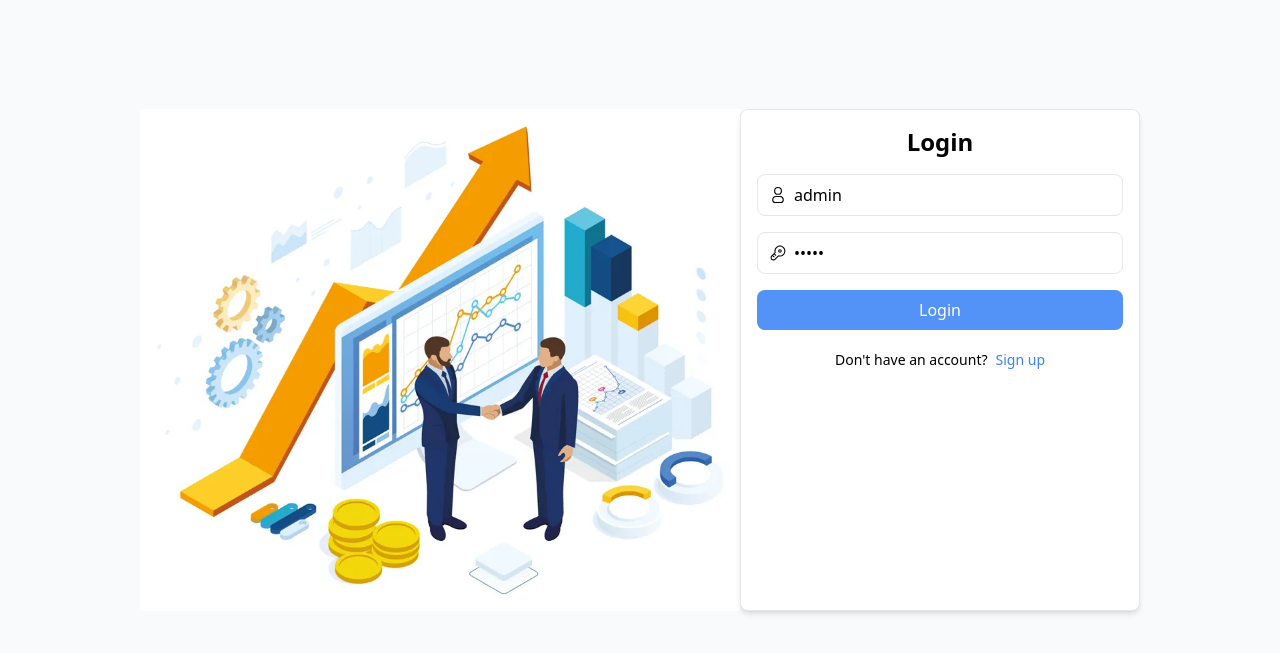
Repository: Fortivera/yourestate
Page: /
These files come from the project's save history. The page is drawn as it stood at one moment and after the next save; the edit follows.
The browser window is 1280 px wide. The pictures show the whole page.
The project was rebuilt for these pictures with package versions that can differ from the ones it lists, and the page was loaded fresh each time. The framework's server and built-in components were replaced by stand-ins that run in the browser. Also part of the build but not shown: next.config.js.

Above is the page before, as saved 2023-11-02 14:38:48.

### src/app/layout.tsx
import './globals.css'



export const metadata = {
  title: 'Home',
  description: "great explanation of something",
}

export default function RootLayout({ children }: { children: React.ReactNode }) {
  return (
    <html lang="en">
      <body>
        {children}
      </body>
    </html>
  );
}

### src/app/page.tsx
import Link from "next/link"
import Image from "next/image"
import SvgNewUser from "public/static/SvgNewUser"
import SvgPassword from "public/static/SvgPassword"

export default function Login() {
  return (
    <div className="min-h-screen bg-gray-50 flex items-center justify-center">
      <div className="flex justify-center items-center w-full px-4 py-10 tablet:w-[540px] ">
        <div className="flex laptop:flex-row tablet:flex-col mobile:flex-col">
          <figure className="w-[600px]  ">
            <Image src="/static/growth.jpg" alt="login page picture" layout="responsive" width={500} height={700} className={""} />
          </figure>
          <div className="w-[400px] px-4 pb-8 pt-4 bg-white border rounded-lg shadow-md">
            <h1 className="text-2xl font-semibold text-center mb-4">Login</h1>

            <div className="mt-4 mb-4 relative">
              <label className="text-sm" htmlFor="Name">
                <SvgNewUser width={18} height={18} className={"absolute left-3 top-3"} />
              </label>
              <input defaultValue="admin" id="Name" type="text" name="Name" placeholder="Username" autoComplete="given-name" required className="block w-full border rounded-lg py-2 pl-9 mt-1 focus:ring focus:ring-blue-300" />
            </div>

            <div className="mb-4 relative">
              <label className="text-sm" htmlFor="Password">
                <SvgPassword width={18} height={18} className={"absolute left-3 top-3"} />
              </label>
              <input defaultValue="admin" id="Password" type="password" name="Password" placeholder="Password" required className="block w-full border rounded-lg py-2 pl-9 mt-1 focus:ring focus:ring-blue-300" />
            </div>

            <button type="button" aria-label="Sign-in button" className="bg-[#5392f7] text-white rounded-lg w-full py-2 mb-4 hover:bg-[#3b83f6]">
              <Link href="/dashboard">Login</Link>
            </button>
            <div className="flex text-sm justify-center">
              <div className="p-1">Don't have an account?</div>
              <Link href="/user" className="text-blue-500 hover:underline p-1">
                Sign up
              </Link>
            </div>
          </div>
        </div>
      </div>
    </div>
  )
}

### src/app/globals.css

@import url('https://fonts.googleapis.com/css2?family=Lora:ital,wght@0,400;0,500;0,600;1,400;1,500;1,600&family=Montserrat:ital,wght@0,300;0,400;0,500;0,600;1,300;1,400;1,500;1,600&family=Poppins:ital,wght@0,300;0,400;0,500;0,600;0,700;0,800;0,900;1,300;1,400;1,500;1,600;1,700;1,800;1,900&family=Noto+Sans:ital,wght@0,300;0,400;0,500;0,600;0,700;0,800;0,900;1,300;1,400;1,500;1,600;1,700;1,800;1,900&display=swap');

@tailwind base;
@tailwind components;
@tailwind utilities;

.navbarDark{
  background-color:rgb(45 48 56 );
  color: #ddd;
}
.navbarLight {
  background-color: rgb(59 130 246 / 0.5);
  color: black;
}
.propertyListLight {
  background-color: rgb(249 250 251);
  color: black;
  border-color: rgb(229 231 235);
  }
.propertyListDark {
  background-color:rgb(45 48 56 / 0.95);
  color: #ddd;

}
.searchbarLight {
  background-color: rgb(248 250 252);
  color: black;

}
.searchbarDark {
  background-color:rgb(100 116 139 / 0.6);
  color: #ddd;
}
.propertyLight {
  background-color: rgb(249 250 251);
  color: black;

}
.propertyDark {
  background-color:rgb(45 48 56 / 0.95);
  color: #ddd;
}

### public/static/SvgNewUser.tsx
import * as React from "react"
import { SVGProps } from "react"
const SvgNewUser = (props: SVGProps<SVGSVGElement>) => (
  <svg
    xmlns="http://www.w3.org/2000/svg"
    width={800}
    height={800}
    fill="none"
    viewBox="0 0 24 24"
    {...props}
  >
    <g fill="#000" fillRule="evenodd" clipRule="evenodd">
      <path d="M12 2.75a3.75 3.75 0 1 0 0 7.5 3.75 3.75 0 0 0 0-7.5ZM6.75 6.5a5.25 5.25 0 1 1 10.5 0 5.25 5.25 0 0 1-10.5 0ZM4.25 18.571a5.321 5.321 0 0 1 5.321-5.321h4.858a5.321 5.321 0 0 1 5.321 5.321 4.179 4.179 0 0 1-4.179 4.179H8.43a4.179 4.179 0 0 1-4.179-4.179Zm5.321-3.821a3.821 3.821 0 0 0-3.821 3.821c0 1.48 1.2 2.679 2.679 2.679h7.142c1.48 0 2.679-1.2 2.679-2.679 0-2.11-1.71-3.821-3.821-3.821H9.57Z" />
    </g>
  </svg>
)
export default SvgNewUser

### public/static/SvgPassword.tsx
import * as React from "react"
import { SVGProps } from "react"
const SvgPassword = (props: SVGProps<SVGSVGElement>) => (
    <svg
        xmlns="http://www.w3.org/2000/svg"
        width={800}
        height={800}
        fill="none"
        viewBox="0 0 24 24"
        {...props}
    >
        <g fill="#000" fillRule="evenodd" clipRule="evenodd">
            <path d="M4.51 14.999a.689.689 0 0 1 .975 0l1.75 1.749a.689.689 0 0 1-.975.974l-1.75-1.75a.689.689 0 0 1 0-.973ZM6.698 12.812a.689.689 0 0 1 .974 0l1.749 1.75a.689.689 0 0 1-.974.974l-1.75-1.75a.689.689 0 0 1 0-.974Z" />
            <path d="M18.752 5.232c-2.32-2.313-6.075-2.312-8.386 0h-.001c-1.612 1.604-2.1 3.915-1.472 5.958.075.243.009.509-.172.69L3.74 16.86a.975.975 0 0 0-.184.341.912.912 0 0 0-.055.38l.001.006.262 1.901a.912.912 0 0 0 .262.474.857.857 0 0 0 .462.256l1.913.263c.08.012.223.003.385-.05a.838.838 0 0 0 .324-.177l.008-.007 4.995-4.986a.688.688 0 0 1 .692-.17c2.028.634 4.34.14 5.956-1.466a5.94 5.94 0 0 0-.009-8.393Zm-9.36-.975c2.85-2.85 7.475-2.848 10.332 0 2.86 2.849 2.86 7.493.01 10.342l-.001.002A7.316 7.316 0 0 1 12.8 16.52l-4.707 4.698a2.19 2.19 0 0 1-.883.523c-.309.1-.668.152-1.006.104h-.003L4.3 21.582c-.491-.069-.928-.326-1.25-.65a2.279 2.279 0 0 1-.649-1.24l-.001-.01-.262-1.902v-.003a2.26 2.26 0 0 1 .111-1.012c.102-.305.27-.625.505-.868l.007-.007 4.703-4.702c-.591-2.404.043-5.056 1.928-6.932Z" />
            <path d="M14.62 8.302a1.06 1.06 0 1 0 0 2.121 1.06 1.06 0 0 0 0-2.121Zm-2.438 1.06a2.438 2.438 0 1 1 4.876 0 2.438 2.438 0 0 1-4.877 0Z" />
        </g>
    </svg>
)
export default SvgPassword

### tailwind.config.js
/* eslint-disable prettier/prettier */
/** @type {import('tailwindcss').Config} */
module.exports = {
  content: [
    "./app/**/*.{js,ts,jsx,tsx}",
    "./pages/**/*.{js,ts,jsx,tsx}",
    "./components/**/*.{js,ts,jsx,tsx}",

    // Or if using `src` directory:
    "./src/**/*.{js,ts,jsx,tsx}",
  ],
  theme: {
    extend: {
      fontFamily: {
        Poppins: ["Poppins", "sans-serif"],
        Montserrat: ["Montserrat", "sans-serif"],
        Lora: ["Lora", "sans-serif"],
        Noto: ["Noto Sans", "sans-serif"],
      },
      screens: {
        'mobile': "320px",
        'tablet': "481px",
        'laptop': "769px",
       ' desktop': "1025px",
      },


    },
    plugins: [],
  },
}

After the next save:
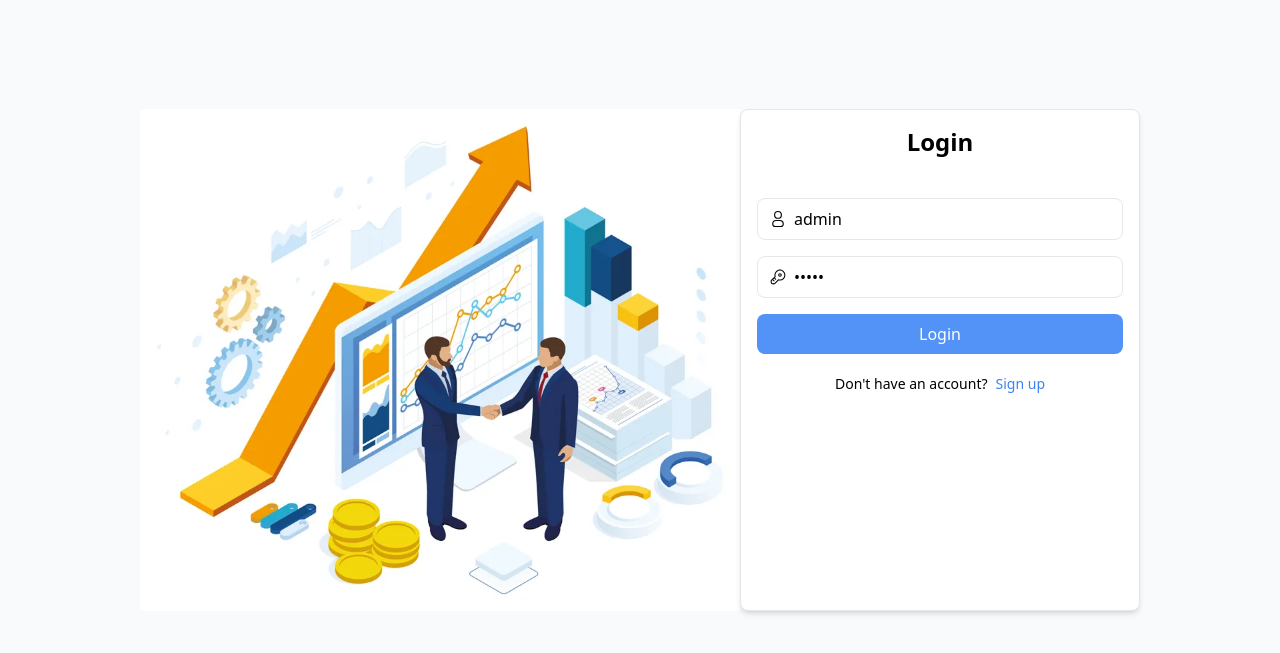
Saved 5 s later.
--- a/src/app/page.tsx
+++ b/src/app/page.tsx
@@ -14,7 +14,7 @@ export default function Login() {
           <div className="w-[400px] px-4 pb-8 pt-4 bg-white border rounded-lg shadow-md">
             <h1 className="text-2xl font-semibold text-center mb-4">Login</h1>
 
-            <div className="mt-4 mb-4 relative">
+            <div className="mt-10 mb-4 relative">
               <label className="text-sm" htmlFor="Name">
                 <SvgNewUser width={18} height={18} className={"absolute left-3 top-3"} />
               </label>
